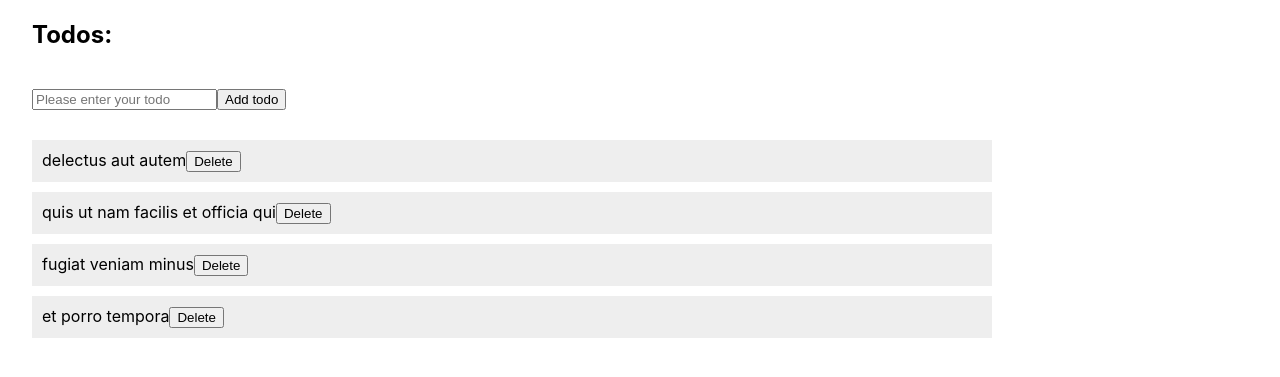
Repository: vhoreho/react
Page: / (app in myapp/)
An editor plug-in stored every save of this project. The page is shown before and after the next save, followed by the edit.
The browser window is 1280 px wide. The pictures show the whole page.
The project was rebuilt for these pictures with package versions that can differ from the ones it lists, and the page was loaded fresh each time.

Above is the page before, as saved 2022-08-08 21:54:42.

### myapp/src/App.js
import './App.css';
import Todos from './components/Todos';

function App() {
  return (
    <div className="App">
      <Todos />
    </div>
  );
}

export default App;

### myapp/src/App.css
.App {
  max-width: 960px;
  margin-inline: 2rem;
}

### myapp/src/components/Todos.js
import React, { useState } from 'react'
import TodoItem from './TodoItem';
import Input from './Input';

const initialState = [
    {
        "userId": 1,
        "id": 1,
        "title": "delectus aut autem",
        "completed": false
    },
    {
        "userId": 1,
        "id": 2,
        "title": "quis ut nam facilis et officia qui",
        "completed": false
    },
    {
        "userId": 1,
        "id": 3,
        "title": "fugiat veniam minus",
        "completed": false
    },
    {
        "userId": 1,
        "id": 4,
        "title": "et porro tempora",
        "completed": true
    },
]

export default function Todos() {
    const [todos, setTodos] = useState(initialState);

    function addTodo(todo) {
        let copy = [...todos];
        copy.push({
            userId: 1,
            id: Math.floor(Math.random() * 200),
            title: todo,
            completed: false
        });
        setTodos(copy)
    }

    return (
        <div>
            <h2>Todos:</h2>
            <Input addTodo={addTodo} />
            <ul style={{
                listStyle: 'none',
                padding: 0,
                margin: 0
            }}>
                {todos.map(todo => <TodoItem key={todo.id} {...todo} />)}
            </ul>
        </div>
    )
}

### myapp/src/components/TodoItem.js
import React from 'react'

export default function TodoItem(props) {
    const { id, copmpleted, title } = props;
    return (
        <li style={{
            background: '#eee',
            display: 'block',
            margin: '10px 0',
            padding: '10px'
        }}>
            {title}
            <button>Delete</button>
        </li>
    )
}

### myapp/src/components/Input.js
import React, { useState } from 'react'

export default function Input({ addTodo }) {
  const [value, setValue] = useState('');
  function handleChange(event) {
    setValue(event.target.value)
  }

  function handleAddTodo() {
    addTodo(value)
  }

  return (
    <div>
      <input
        placeholder='Please enter your todo'
        style={{
          margin: '20px 0'
        }}
        value={value}
        onChange={handleChange}
      />
      <button onClick={handleAddTodo}>Add todo</button>
    </div>

  )
}

Loaded but not shown: myapp/public/index.html (common file); myapp/src/index.js (common file); myapp/src/index.css (common file)

After the next save:
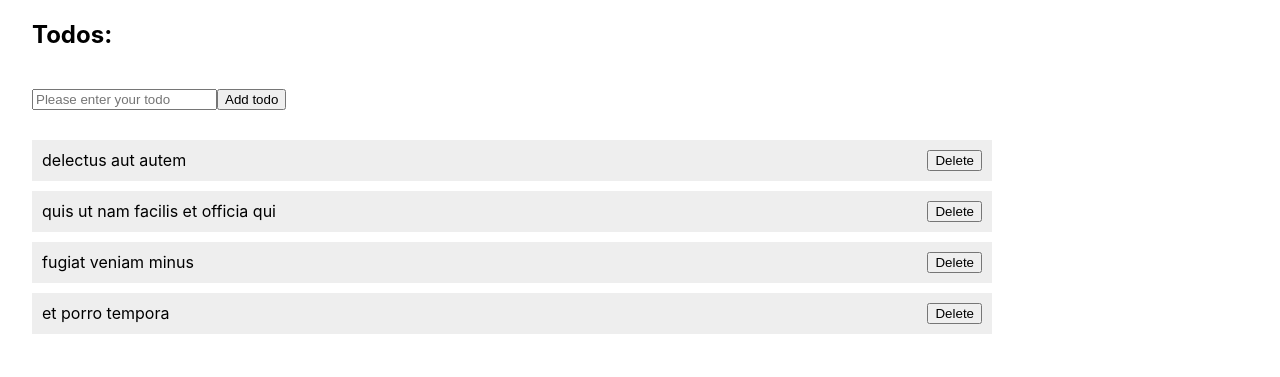
Saved 15 s later.
--- a/myapp/src/components/TodoItem.js
+++ b/myapp/src/components/TodoItem.js
@@ -7,7 +7,9 @@
             background: '#eee',
             display: 'block',
             margin: '10px 0',
-            padding: '10px'
+            padding: '10px',
+            display: 'flex',
+            justifyContent: 'space-between'
         }}>
             {title}
             <button>Delete</button>
